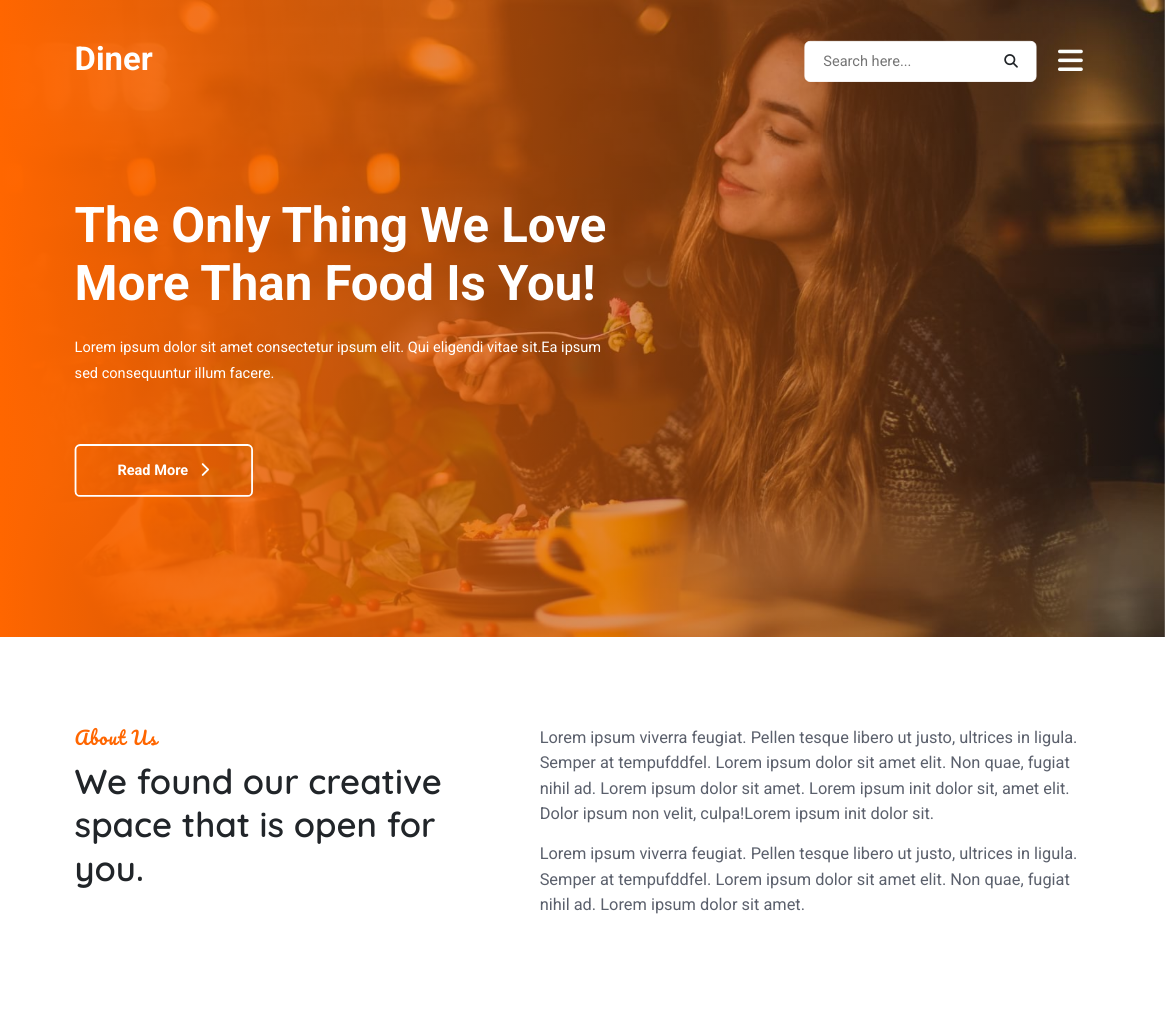
Repository: minhtrivu6199/Diner
Page: index.html
The author's editor kept a copy of each file at every save. The page is drawn from the files as they stood at one save, then again after the next save.
The browser window is 1280 px wide. The pictures show the whole page, at 91% of full size.
Backgrounds fixed to the window are drawn as part of the page. The style sheet was rebuilt from its Sass, Less or Tailwind sources for each picture, by a compiler version that may differ from the author's.

Above is the page before, as saved 2022-10-10 15:08:30.

After the next save:
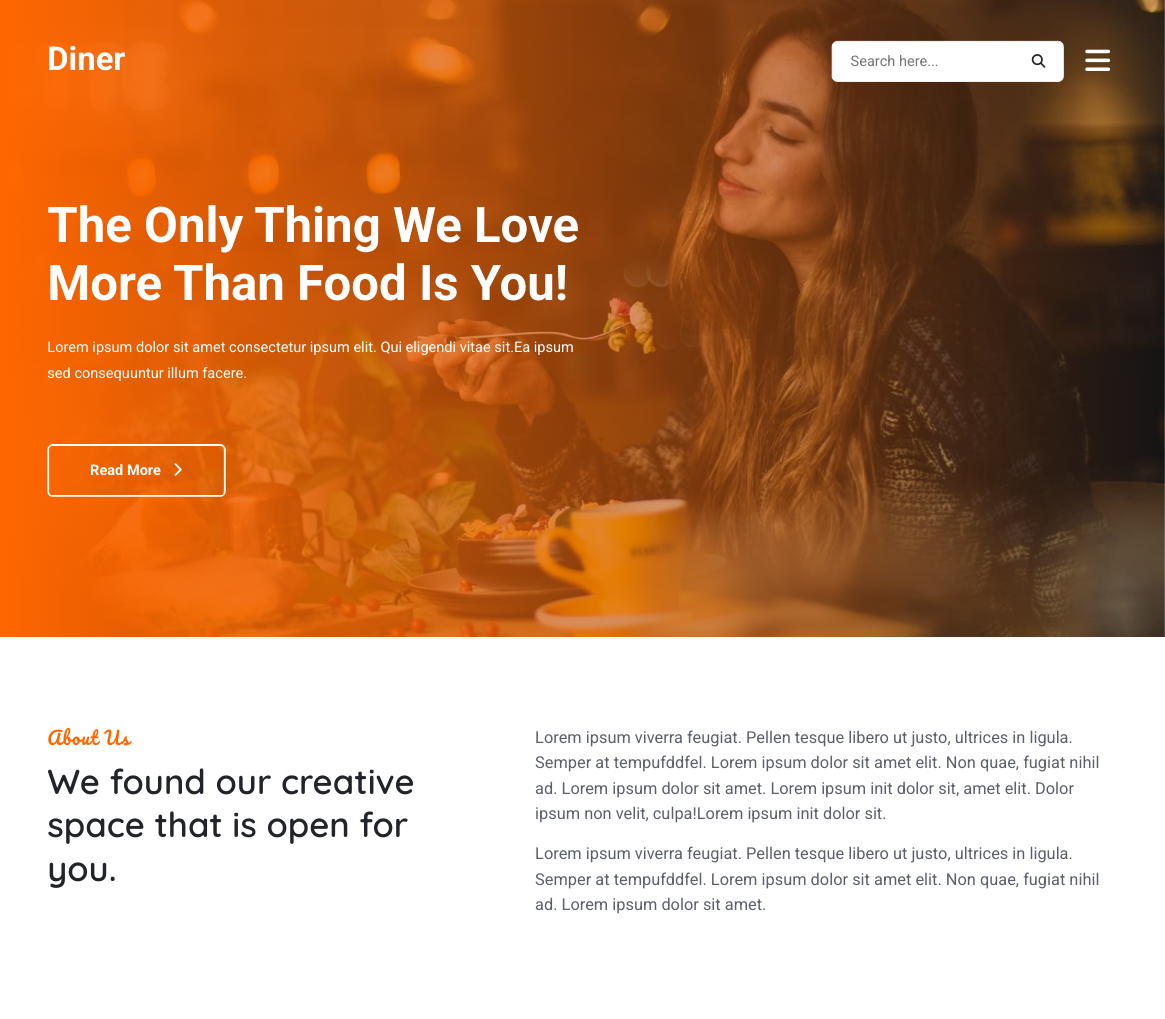
Saved 14 s later.
--- a/scss/style.scss
+++ b/scss/style.scss
@@ -8,6 +8,10 @@ body {
 a {
   text-decoration: none;
   background-color: transparent;
+}
+
+.container {
+    max-width: 1200px;
 }
 
 .header-banner {
